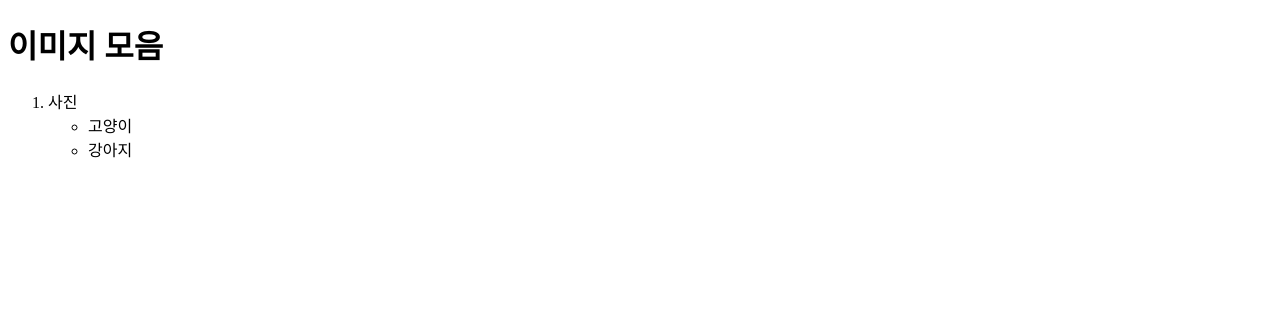
Repository: sinsujung/client
Page: ClientTest/src/main/webapp/문제/q08.html
These files come from the project's save history. The page is drawn as it stood at one moment and after the next save; the edit follows.
The browser window is 1280 px wide. The pictures show the whole page.

Above is the page before, as saved 2023-09-21 01:48:39.

After the next save:
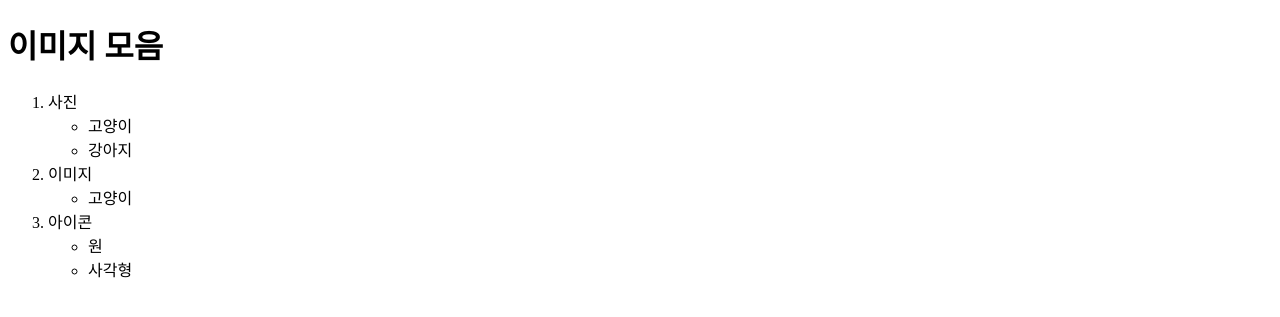
Saved 83 s later.
--- a/ClientTest/src/main/webapp/문제/q08.html
+++ b/ClientTest/src/main/webapp/문제/q08.html
@@ -9,8 +9,18 @@
 	<ol>
 		<li>사진</li>
 		<ul>
-		<li>고양이</li>
-		<li>강아지</li>
+			<li>고양이</li>
+			<li>강아지</li>
+		</ul>
+		<li>이미지</li>
+		<ul>
+			<li>고양이</li>
+		</ul>
+		<li>아이콘</li>
+		<ul>
+			<li>원</li>
+			<li>사각형</li>
+		</ul>
 	</ol>
 </body>
 </html>
